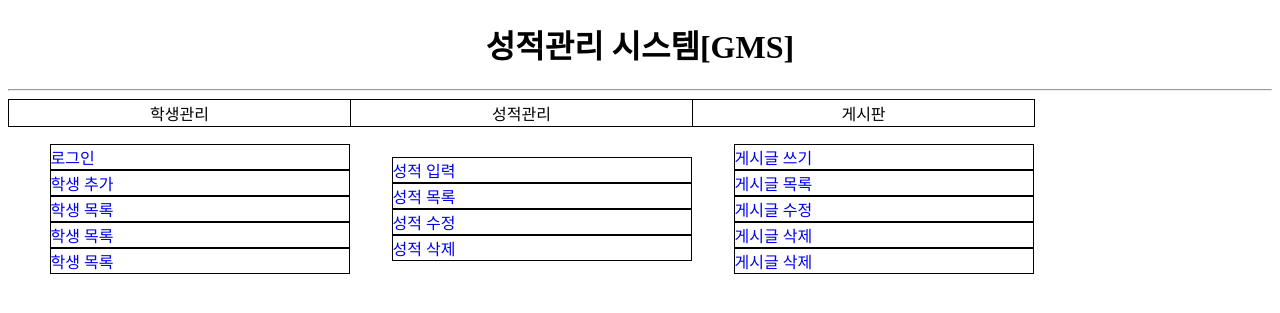
Repository: ByeonYJ/CSSTest
Page: GMSUI/WebContent/index.html
These files come from the project's save history. The page is drawn as it stood at one moment and after the next save; the edit follows.
The browser window is 1280 px wide. The pictures show the whole page.

Above is the page before, as saved 2017-07-20 08:53:57.

After the next save:
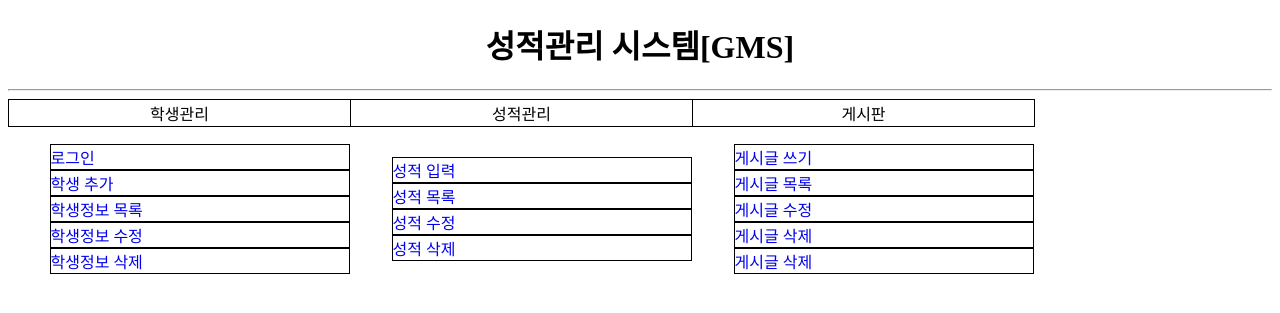
Saved 73 s later.
--- a/GMSUI/WebContent/index.html
+++ b/GMSUI/WebContent/index.html
@@ -23,9 +23,9 @@
 					<ul class="index-ul">
 						<li><a href="member/member_login.html">로그인</a></li>
 						<li><a href="member/member_add.html">학생 추가</a></li>
-						<li><a href="member/member_list.html">학생 목록</a></li>
-						<li><a href="member/member_update.html">학생 목록</a></li>
-						<li><a href="member/member_delete.html">학생 목록</a></li>
+						<li><a href="member/member_list.html">학생정보 목록</a></li>
+						<li><a href="member/member_update.html">학생정보 수정 </a></li>
+						<li><a href="member/member_delete.html">학생정보 삭제</a></li>
 					</ul>
 				</td>
 				<td>
